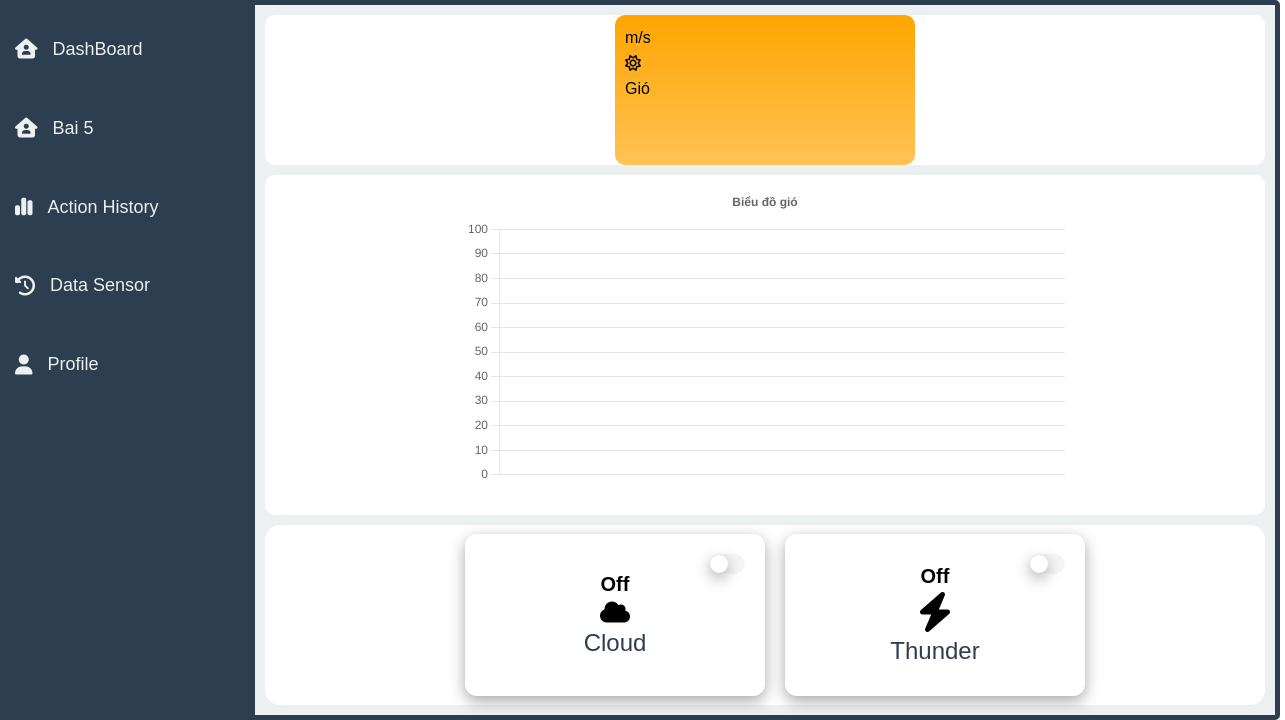
Repository: duongnoob23/duyyyy
Page: /bai5 (app in iot/)
An editor plug-in stored every save of this project. The page is shown before and after the next save, followed by the edit.
The browser window is 1280 px wide. The page is 1285 px wide, so the pictures cover 1285 px, including what lies to the right of the window. The pictures show the whole page.
The page's requests for data from a server got no answer. Some web libraries are served in a nearby version. The project was rebuilt for these pictures with package versions that can differ from the ones it lists, and the page was loaded fresh each time. No one was signed in, and anything a server would have sent is missing. Also part of the build but not shown: iot/src/App.css, iot/src/Components/Doughnut/GaugeChart.js, iot/src/Components/LineChart/LineChartECharts.js, iot/src/Pages/Home/Home.js, iot/src/Pages/DataLogs/DataLogs.js, iot/src/Pages/Profile/Profile.css, iot/src/Pages/Profile/Profile.js, iot/src/Pages/Action/Action.js.

Above is the page before, as saved 2024-12-02 22:31:36.

After the next save:
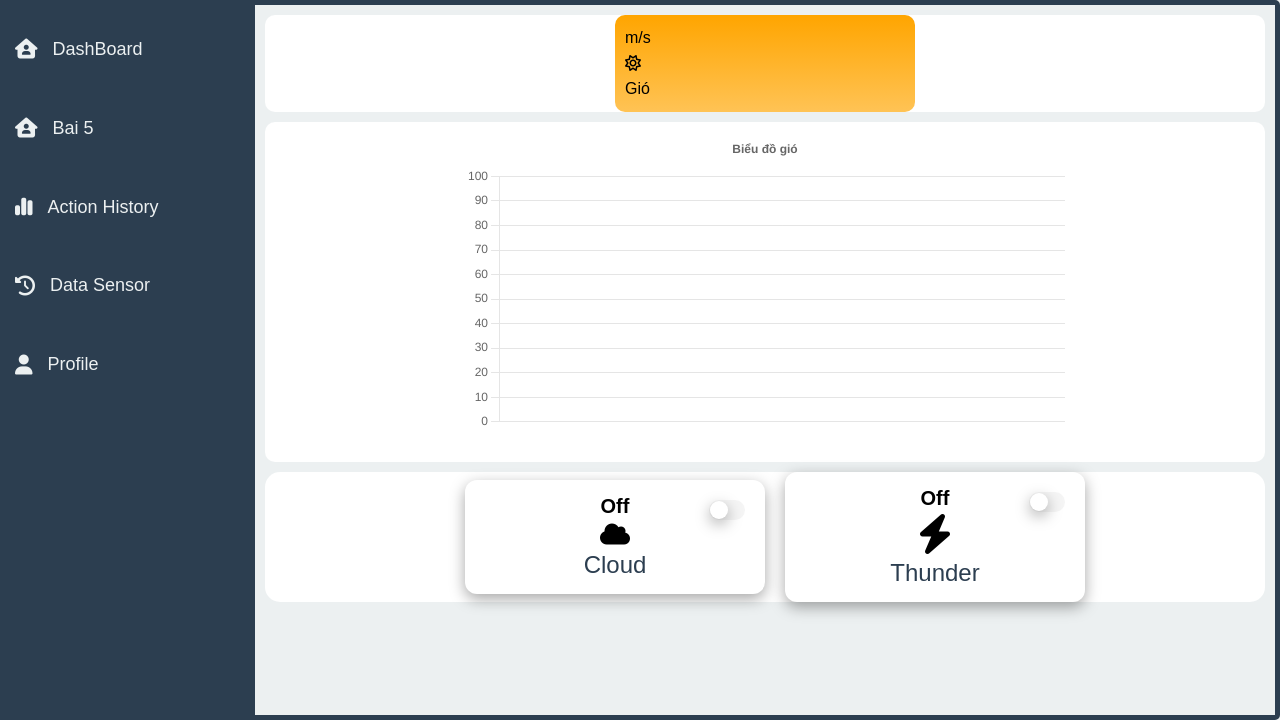
Saved 48 s later.
--- a/iot/src/Pages/Home/Home.css
+++ b/iot/src/Pages/Home/Home.css
@@ -1,10 +1,10 @@
-/* General Styling */
+/*
 .main {
     display: flex;
     flex-direction: column;
-    height : 100%; /* Chiếm toàn bộ chiều cao của màn hình */
+    height : 100%;
 
-    box-sizing: border-box; /* Đảm bảo padding không làm thay đổi kích thước */
+    box-sizing: border-box;
 }
 
 .section {
@@ -41,13 +41,13 @@
     list-style-type: none;
     padding: 0;
     margin: 0;
-    justify-content: space-between; /* Rải đều các phần tử trong container */
-    width: 100%; /* Chiếm toàn bộ chiều rộng của màn hình */
+    justify-content: space-between;
+    width: 100%;
 }
 
 .sensor-item {
-    flex: 1; /* Các phần tử sẽ tự động chiếm đều không gian */
-    /* padding: 5px; */
+    flex: 1;
+
     background-color: #ffffff;
     border-radius: 12px;
     box-shadow: 0 4px 12px rgba(0, 0, 0, 0.1);
@@ -56,7 +56,7 @@
     align-items: center;
     text-align: center;
     margin: 10px;
-    min-width: 50px; /* Đảm bảo các phần tử không quá nhỏ */
+    min-width: 50px;
 }
   .sensor-item .sensor-digit {
     font-size: 1.2em;
@@ -66,7 +66,6 @@
   }
 
   .sensor-item:nth-child(2){
-    /* margin:10px 20px; */
   }
 
   .sensor-bar {
@@ -87,15 +86,15 @@
   }
 
   .sensor-item.light .sensor-fill {
-    background-color: #ffb74d; /* Soft orange for light */
+    background-color: #ffb74d;
   }
 
   .sensor-item.temperature .sensor-fill {
-    background-color: #ef5350; /* Soft red for temperature */
+    background-color: #ef5350;
   }
 
   .sensor-item.humidity .sensor-fill {
-    background-color: #42a5f5; /* Soft blue for humidity */
+    background-color: #42a5f5;
   }
 
   .label {
@@ -103,18 +102,14 @@
     font-weight: 600;
     color: #777;
   }
-  /* Chart Section */
   .chart {
     height: 70%;
     width: 100%;
-    /* margin-top: 20px; */
-    /* margin: 15px; */
     padding: 0;
   }
 .styleChart{
   aspect-ratio: 7/3;
 }
-  /* Electric Section */
   .electric {
     width: 100%;
     margin-top: 5px;
@@ -131,7 +126,6 @@
   }
 
   .electric-item {
-    /* flex: 1; */
     text-align: center;
     padding: 20px;
     background-color: red;
@@ -190,5 +184,4 @@
   .electric-item .air-icon {
     color: #aaa;
   }
-
-/* css button  */
+   */
